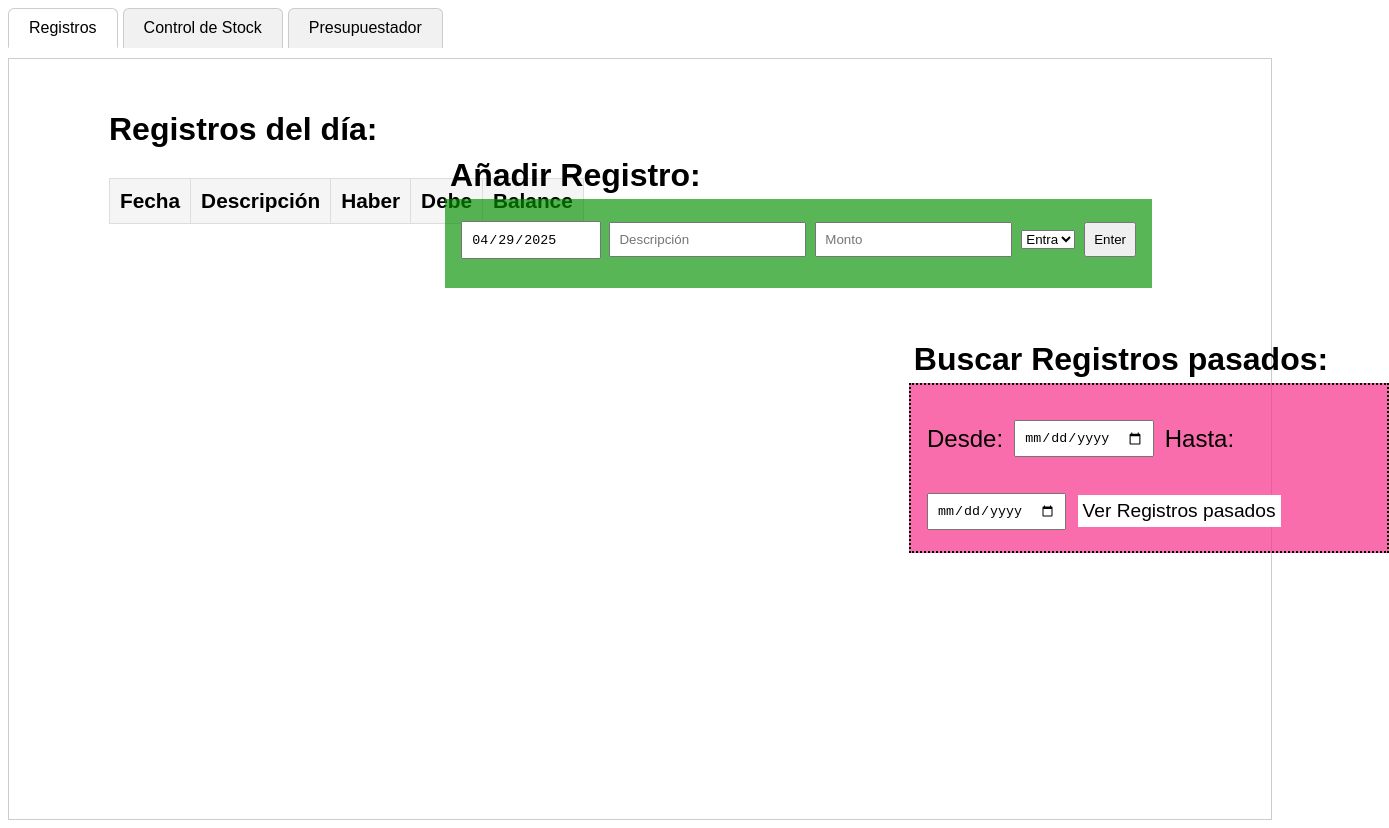
Repository: Joako-Herrero/Proyecto-de-Feria-de-ciencias
Page: program/registro.html
An editor plug-in stored every save of this project. The page is shown before and after the next save, followed by the edit.
The browser window is 1280 px wide. The page is 1389 px wide, so the pictures cover 1389 px, including what lies to the right of the window. The pictures show the whole page.
The page's requests for data from a server got no answer.

Above is the page before, as saved 2025-05-18 12:29:01.

After the next save:
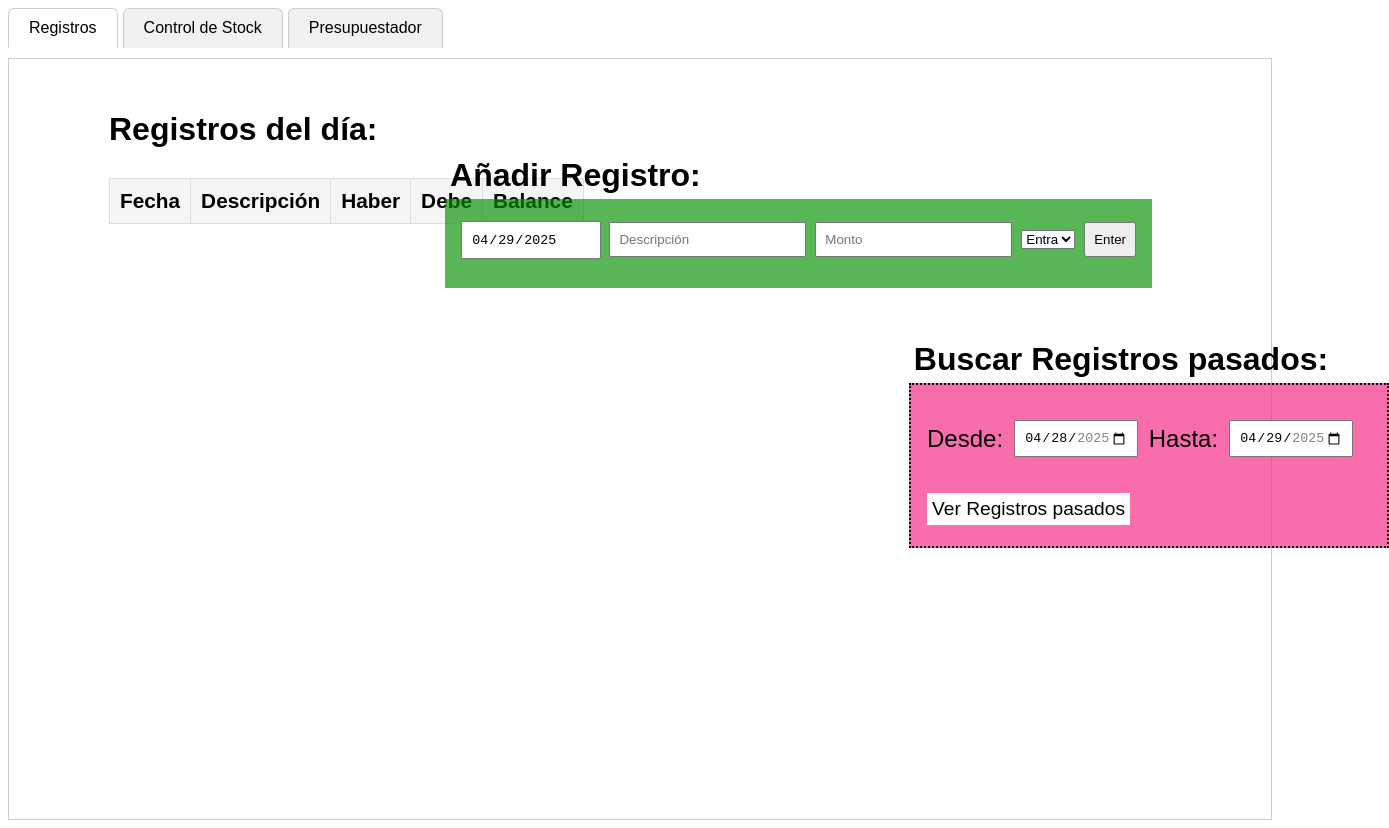
Saved 56 s later.
--- a/program/registro.html
+++ b/program/registro.html
@@ -523,6 +523,66 @@
         const mensajeElemento = document.getElementById('mensaje');
 
 
+        document.addEventListener('DOMContentLoaded', function () {
+            // Obtener la fecha de hoy y ayer
+            const hoy = new Date();
+            console.log(hoy)
+            const fechaHoy = hoy.toISOString().split('T')[0]; // YYYY-MM-DD
+            console.log(fechaHoy)
+
+            const ayer = new Date();
+            ayer.setDate(ayer.getDate() - 1); // Ayer
+            const fechaAyer = ayer.toISOString().split('T')[0]; // YYYY-MM-DD
+
+            // Establecer los atributos 'max' y 'min' correctamente
+            document.getElementById('toDate').setAttribute('max', fechaHoy); // Desde ayer
+            document.getElementById('fromDate').setAttribute('max', fechaHoy); // Desde ayer hasta hoy
+
+            // Forzar la fecha de hoy en el input 'toDate' (Hasta)
+            document.getElementById('toDate').value = fechaHoy;
+
+            // Si la fecha en 'fromDate' es menor que ayer, forzarla también a ayer
+            if (document.getElementById('fromDate').value === "") {
+                document.getElementById('fromDate').value = fechaAyer; // Establecer 'Desde' como ayer si está vacío
+            }
+
+            // Si quieres evitar que el input se quede con la fecha de ayer, puedes forzar la fecha a hoy si ya estaba en gris.
+            setTimeout(() => {
+                if (document.getElementById('toDate').value === fechaAyer) {
+                    document.getElementById('toDate').value = fechaHoy;
+                }
+            }, 10);
+        });
+
+        function cargarRegistros() {
+            // Obtener los registros desde el backend
+            fetch('http://localhost:8080/registro/list')
+                .then(response => response.json())
+                .then(data => {
+                    const tabla = document.querySelector('#tablaRegistros tbody');
+                    tabla.innerHTML = ''; // Limpiar tabla antes de agregar los nuevos registros
+
+                    // Iterar sobre los registros para agregarlos a la tabla
+                    data.forEach(registro => {
+                        const fila = document.createElement('tr');
+                        const montoDebe = registro.tipo === 'Sale' ? registro.monto : '';
+                        const montoHaber = registro.tipo === 'Entra' ? registro.monto : '';
+
+                        fila.innerHTML = `
+                    <td>${registro.fecha}</td>
+                    <td>${registro.nombre}</td>
+                    <td>${montoDebe}</td>
+                    <td>${montoHaber}</td>
+                    <td>${registro.balance}</td>
+                `;
+
+                        tabla.appendChild(fila);
+                    });
+                })
+                .catch(error => {
+                    console.error('Error al cargar registros:', error);
+                });
+        }
         document.getElementById("registroAddButtonForm").addEventListener("click", function (e) {
             e.preventDefault();
 
